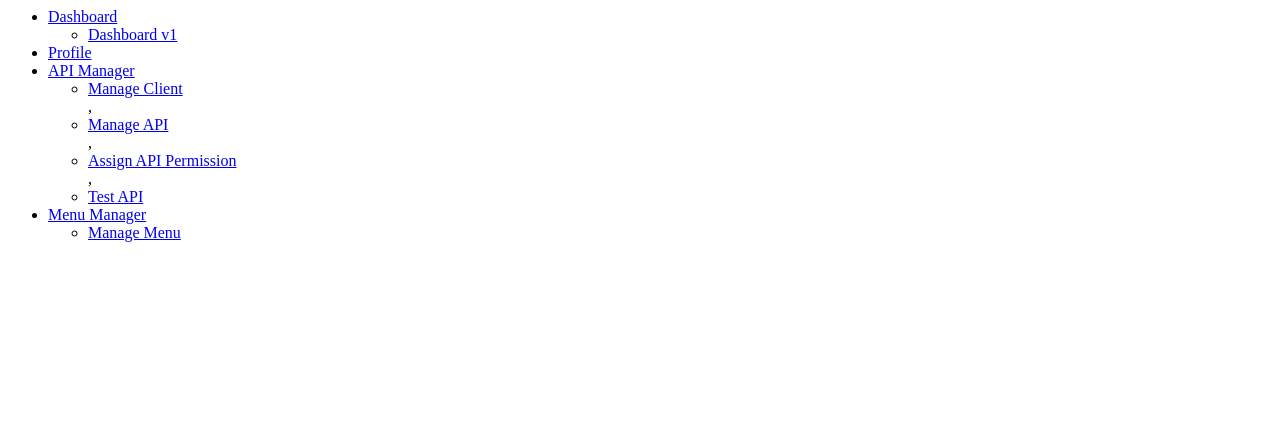
Repository: sanjeev167/PersonnelProjects
Page: http://localhost/PracticeOnNet/WEB-INF/jsp/admin/pvt/api_mgr/api_permission.jsp
These files come from the project's save history. The page is drawn as it stood at one moment and after the next save; the edit follows.
The browser window is 1280 px wide. The pictures show the whole page.
The page is served by Tomcat 9. Nobody is signed in. Other server files are loaded and not shown. The template is opened directly, without the code that normally fills it, so the values that code supplies are empty.

Above is the page before, as saved 2019-07-26 06:27:32.

### PracticeOnNet_WS/PracticeOnNet/src/main/webapp/WEB-INF/jsp/admin/pvt/api_mgr/api_permission.jsp

<!-- jQuery 3 -->
<script src="https://code.jquery.com/jquery-3.3.1.js"></script>
<script type="text/javascript">

$(document).ready(function() {
	var data = [
		        {"id": "1", "name": "Dashboard", "parent_id": "0","leafUrl":"#","nodeType":"N" ,"nodeImgUrl":"fa fa-dashboard"},
		        {"id": "2", "name": "Dashboard v1", "parent_id": "1","leafUrl":"#","nodeType":"L" ,"nodeImgUrl":"fa fa-circle-o"},

		        {"id": "3", "name": "Profile", "parent_id": "0","leafUrl":"#","nodeType":"L" ,"nodeImgUrl":"fa fa-th"},

		        {"id": "4", "name": "API Manager", "parent_id": "0","leafUrl":"#","nodeType":"N" ,"nodeImgUrl":"fa fa-files-o"},
		        {"id": "5", "name": "Manage Client", "parent_id": "4","leafUrl":"#","nodeType":"L" ,"nodeImgUrl":"fa fa-circle-o"},
		        {"id": "6", "name": "Manage API", "parent_id": "4","leafUrl":"#","nodeType":"L" ,"nodeImgUrl":"fa fa-circle-o"},
		        {"id": "7", "name": "Assign API Permission", "parent_id": "4","leafUrl":"#","nodeType":"L" ,"nodeImgUrl":"fa fa-circle-o"},
		        {"id": "8", "name": "Test API", "parent_id": "4","leafUrl":"#","nodeType":"L" ,"nodeImgUrl":"fa fa-circle-o"},

		        {"id": "9", "name": "Menu Manager", "parent_id": "0","leafUrl":"#","nodeType":"N" ,"nodeImgUrl":"fa fa-files-o"},
		        {"id": "10", "name": "Manage Menu", "parent_id": "9","leafUrl":"#","nodeType":"L" ,"nodeImgUrl":"fa fa-circle-o"},


	            ];



	var endMenu =getMenu("0");

	function getMenu( parentID ){

	           return data.filter(function(node){ return ( node.parent_id === parentID ) ; }).map(function(node){
	               var exists = data.some(function(childNode){  return childNode.parent_id === node.id; });
	               var subMenu = (exists) ? '<ul class="treeview-menu">'+ getMenu(node.id) + '</ul>' : "";
	               var menu;
	               if(exists)
	            	   menu= '<li class="treeview">'
		                          +'<a href="'+node.leafUrl+'"> <i class="'+node.nodeImgUrl+'"></i>'
		                          + '<span>' +node.name  +'</span>'
		                          + '<span class="pull-right-container">'
		                          +'<i class="fa fa-angle-left pull-right"></i>'
		                          +'</span>'
		                          +'</a>'
		                          +  subMenu
		                          + '</li>'  ;
		          else
		        	  menu= '<li>'
                      +'<a href="'+node.leafUrl+'"> <i class="'+node.nodeImgUrl+'"></i>'
                      + '<span>' +node.name  +'</span>'
                      +'</a>'
                   + '</li>' ;

                   return menu;

	           });
	       }

	$('#menu').html('<ul class="sidebar-menu" data-widget="tree">'+endMenu.join('')+ '</ul>');


});// End of document ready




</script>
<div id="menu"></div>

After the next save:
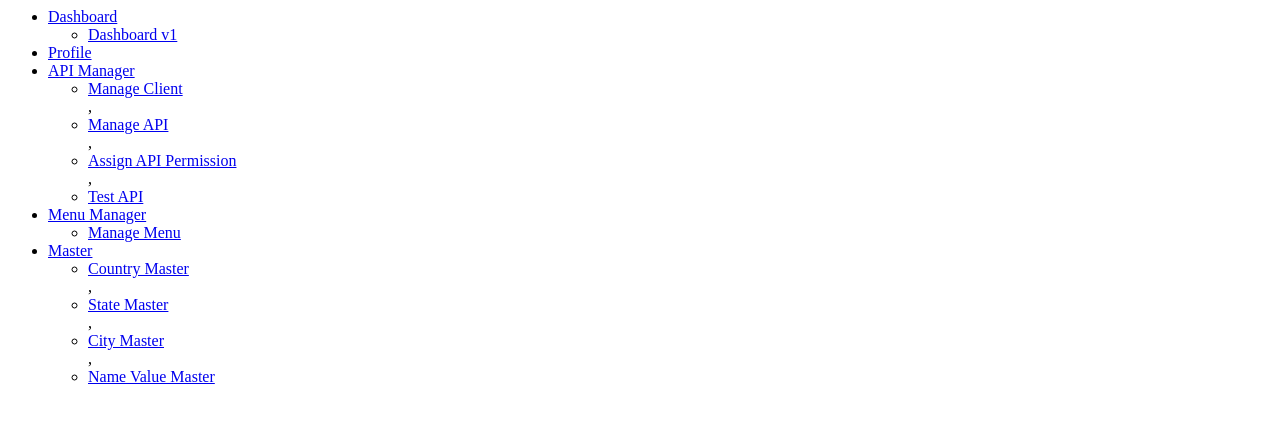
Saved 2 min 50 s later.
--- a/PracticeOnNet_WS/PracticeOnNet/src/main/webapp/WEB-INF/jsp/admin/pvt/api_mgr/api_permission.jsp
+++ b/PracticeOnNet_WS/PracticeOnNet/src/main/webapp/WEB-INF/jsp/admin/pvt/api_mgr/api_permission.jsp
@@ -18,6 +18,12 @@ $(document).ready(function() {
 
 		        {"id": "9", "name": "Menu Manager", "parent_id": "0","leafUrl":"#","nodeType":"N" ,"nodeImgUrl":"fa fa-files-o"},
 		        {"id": "10", "name": "Manage Menu", "parent_id": "9","leafUrl":"#","nodeType":"L" ,"nodeImgUrl":"fa fa-circle-o"},
+
+		        {"id": "11", "name": "Master", "parent_id": "0","leafUrl":"#","nodeType":"N" ,"nodeImgUrl":"fa fa-files-o"},
+		        {"id": "12", "name": "Country Master", "parent_id": "11","leafUrl":"#","nodeType":"L" ,"nodeImgUrl":"fa fa-circle-o"},
+		        {"id": "13", "name": "State Master", "parent_id": "11","leafUrl":"#","nodeType":"L" ,"nodeImgUrl":"fa fa-circle-o"},
+		        {"id": "14", "name": "City Master", "parent_id": "11","leafUrl":"#","nodeType":"L" ,"nodeImgUrl":"fa fa-circle-o"},
+		        {"id": "15", "name": "Name Value Master", "parent_id": "11","leafUrl":"#","nodeType":"L" ,"nodeImgUrl":"fa fa-circle-o"},
 
 
 	            ];
